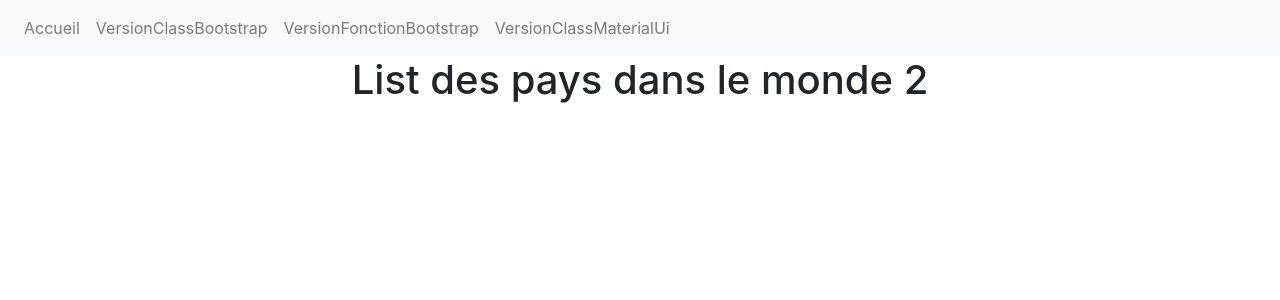
Repository: LudovicB21/CountryTest
Page: /VersionFonctionBoostrap
These files come from the project's save history. The page is drawn as it stood at one moment and after the next save; the edit follows.
The browser window is 1280 px wide. The pictures show the whole page.
The page's requests for data from a server got no answer. The project was rebuilt for these pictures with package versions that can differ from the ones it lists, and the page was loaded fresh each time. No one was signed in, and anything a server would have sent is missing. Also part of the build but not shown: src/components/VersionClassBootstrap/ListPays.components.js, src/components/VersionClassMaterialUi/ListPays.components.js, src/components/Accueil.js, src/components/VersionClassBootstrap/InfoPays.components.js, src/components/VersionClassMaterialUi/InfoPays.components.js, src/components/VersionFonctionBoostrap/InfoPays.components.js.

Above is the page before, as saved 2020-10-29 10:10:46.

After the next save:
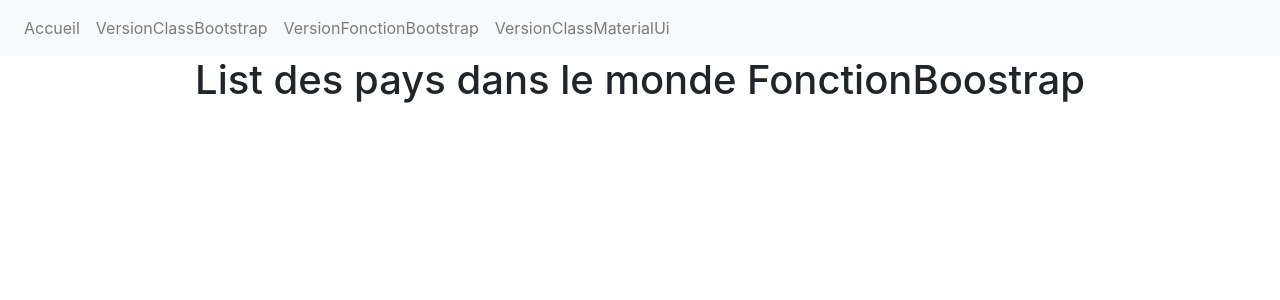
Saved 36 s later.
--- a/src/components/VersionFonctionBoostrap/ListPays.components.js
+++ b/src/components/VersionFonctionBoostrap/ListPays.components.js
@@ -58,7 +58,7 @@ function Pays(){
 
    return (
       <div className="container">
-        <h1>List des pays dans le monde 2 </h1>
+        <h1>List des pays dans le monde FonctionBoostrap </h1>
           <ul className="list-group">
             {items.map(pays => {
               return (<Link to={{pathname: `/VersionFonctionBootstrap/${pays.name}`, query: {pays}}}>
